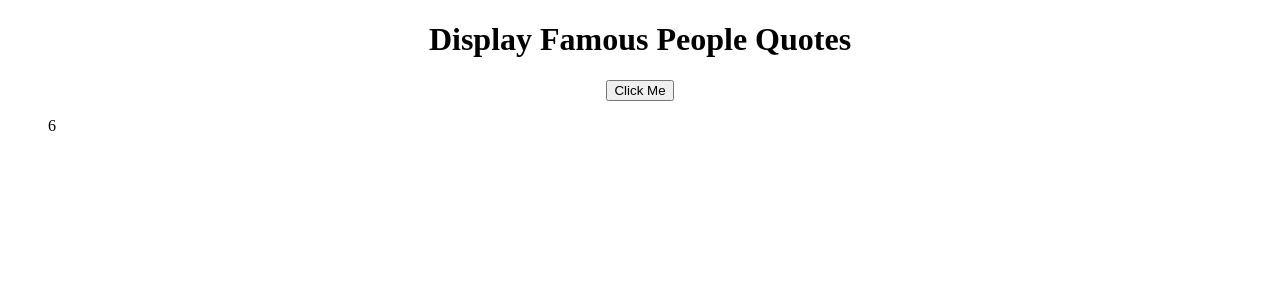
Repository: NiutaR/quotes-dom
Page: index.html
These files come from the project's save history. The page is drawn as it stood at one moment and after a run of saves; the edit follows.
The browser window is 1280 px wide. The pictures show the whole page.
After loading, the first visible `#btnId` was clicked once.

Above is the page before, as saved 2021-07-20 19:38:05.

### index.html
<!DOCTYPE html>
<html lang="en">

<head>
    <meta charset="UTF-8">
    <meta http-equiv="X-UA-Compatible" content="IE=edge">
    <meta name="viewport" content="width=device-width, initial-scale=1.0">
    <title> Display Famous People Quotes</title>
</head>

<body>
    <div id="container">
        <h1>Display Famous People Quotes</h1>
        <button id="btnId">Click Me</button>
    </div>
    <blockquote>
        <p id="quotation"></p>
        <p id="author"></p>
    </blockquote>
    <script src="index.js"></script>
</body>

</html>

### index.js
//document.getElementById('container').style.position = 'absolute';


const divEl = document.getElementById('container');
divEl.style.textAlign = 'center';


// List author and quotes as an array of obj

let list = [
    {
        'author' : 'Oscar Wilde',
        'quote' : '“Be yourself; everyone else is already taken.”'
    },
    {
        'author' : 'Albert Einstein',
        'quote' : '“Two things are infinite: the universe and human stupidity; and I am not sure about the universe.”'
    },
    {
        'author' : 'Frank Zappa',
        'quote' : '“So many books, so little time.”'
    },
    {
        'author' : 'Marcus Tullius Cicero',
        'quote' : '“A room without books is like a body without a soul.”'
    },
    {
        'author' : 'Mae West',
        'quote' : '“You only live once, but if you do it right, once is enough.”'
    },
    {
        'author' : 'Mahatma Gandhi',
        'quote' : '“Be the change that you wish to see in the world.”'
    }
];

let button = document.getElementById('btnId');



/*button.addEventListener('click', function(e) {
    /*let content = e.target.innerHTML;
    currentAuthor = list.findIndex(el => el.author === content);
    let currentQuote = list[currentAuthor].author;
    for (let i = 0; list[i].author == currentQuote; i--) {
        return list[i].author;
    }
    //console.log(list[1]);
    for(i = 0; i < list.length; i++) {
        //console.log(list);
        //return list.forEach(element => console.log(element));
        //let showQuotes =
        //return list.forEach(element => console.log(element));
        return list.forEach(element);
    }

});*/

/*function randomQuote() {
    let random = list[Math.floor(Math.random() * list.length)];
    quotation.innerText = `“${random.quote}.”`;
    author.innerText = random.author;
}
document.querySelector("button").addEventListener('click', randomQuote);
*/

button.addEventListener('click', function() {
    for(i = 0; i < list.length; i++) {
        return author.innerText = list.length
    }
})

After the next 2 saves:
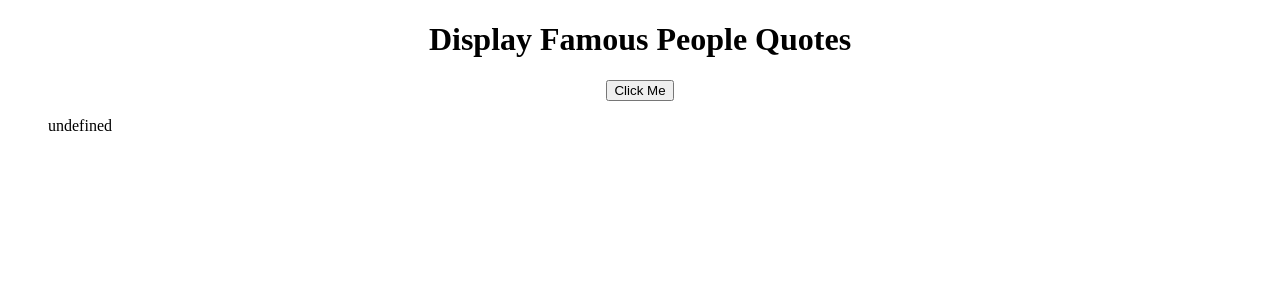
The 2 saves are shown as one change because they came seconds apart.
The last was saved 11 s later.
--- a/index.js
+++ b/index.js
@@ -66,6 +66,6 @@ document.querySelector("button").addEventListener('click', randomQuote);
 
 button.addEventListener('click', function() {
     for(i = 0; i < list.length; i++) {
-        return author.innerText = list.length
+        return author.innerText = list.length.author;
     }
 })
